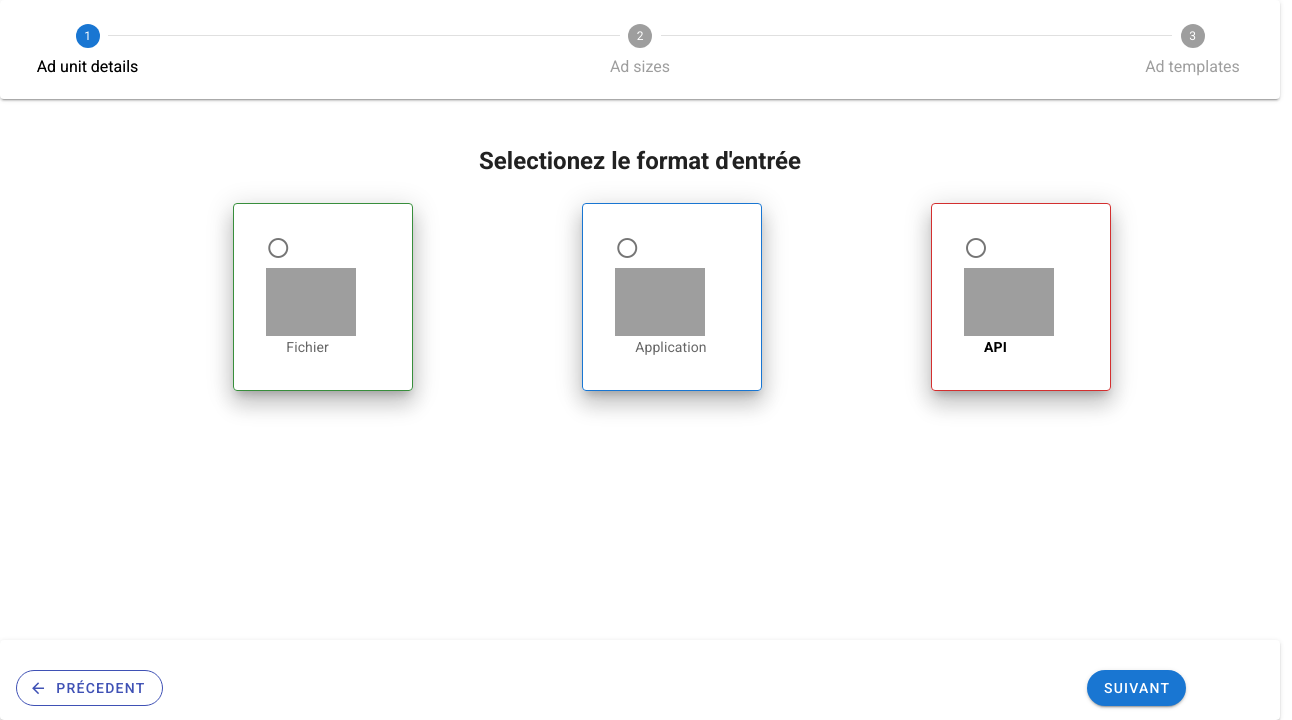
Repository: SidneyHodieb/myc
Page: /addsource/format
The author's editor kept a copy of each file at every save. The page is drawn from the files as they stood at one save, then again after the next save.
The browser window is 1280 px wide. The page is 1292 px wide, so the pictures cover 1292 px, including what lies to the right of the window. The pictures show the whole page.
Pictures or frames that could not be fetched are drawn as grey boxes. The project was rebuilt for these pictures with package versions that can differ from the ones it lists, and the page was loaded fresh each time. Also part of the build but not shown: vue.config.js, src/views/Home.vue, src/views/addSource/components/card.vue, src/views/addSource/components/trigger.vue.

Above is the page before, as saved 2021-04-04 14:06:36.

After the next save:
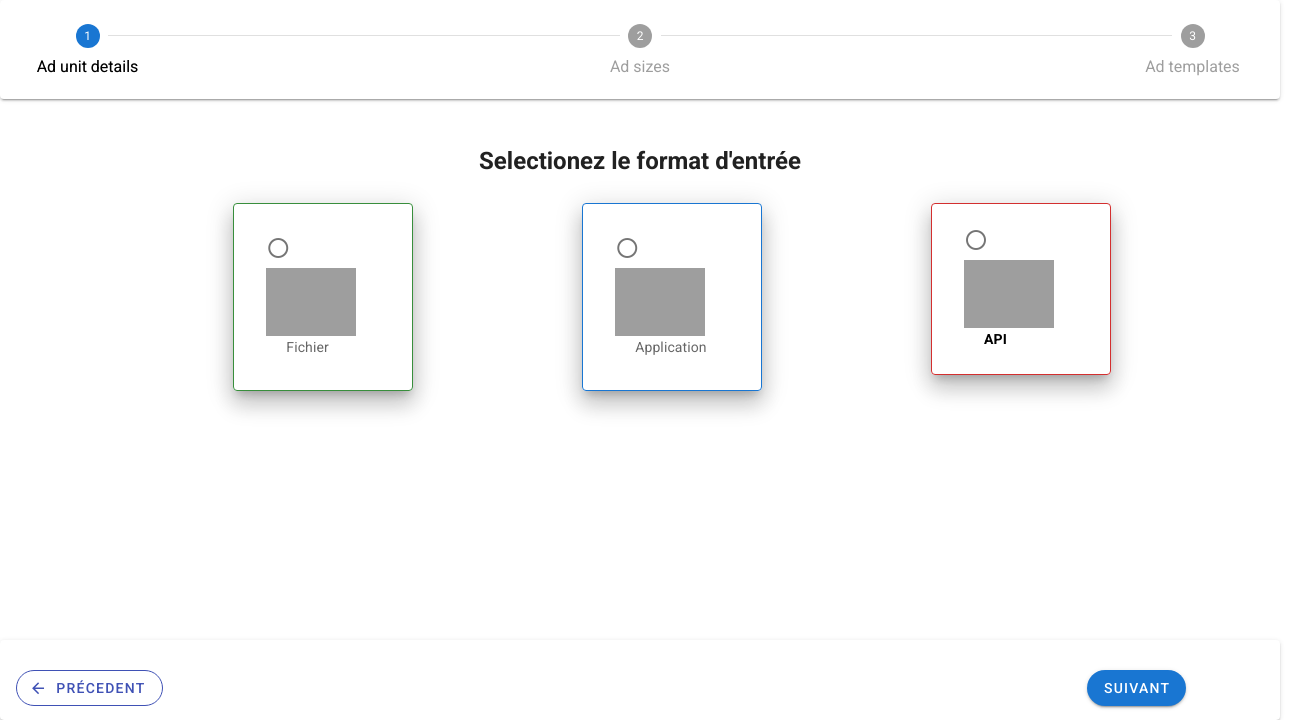
Saved 92 s later.
--- a/src/views/addSource/components/format.vue
+++ b/src/views/addSource/components/format.vue
@@ -44,7 +44,7 @@
       </v-col>
       <v-col>
         <v-card elevation="14" width="180">
-          <v-alert value="false" outlined color="red darken-2">
+          <v-alert dense outlined color="red darken-2">
            <v-card-text>
              <v-radio
                 color="red"

After the save that followed:
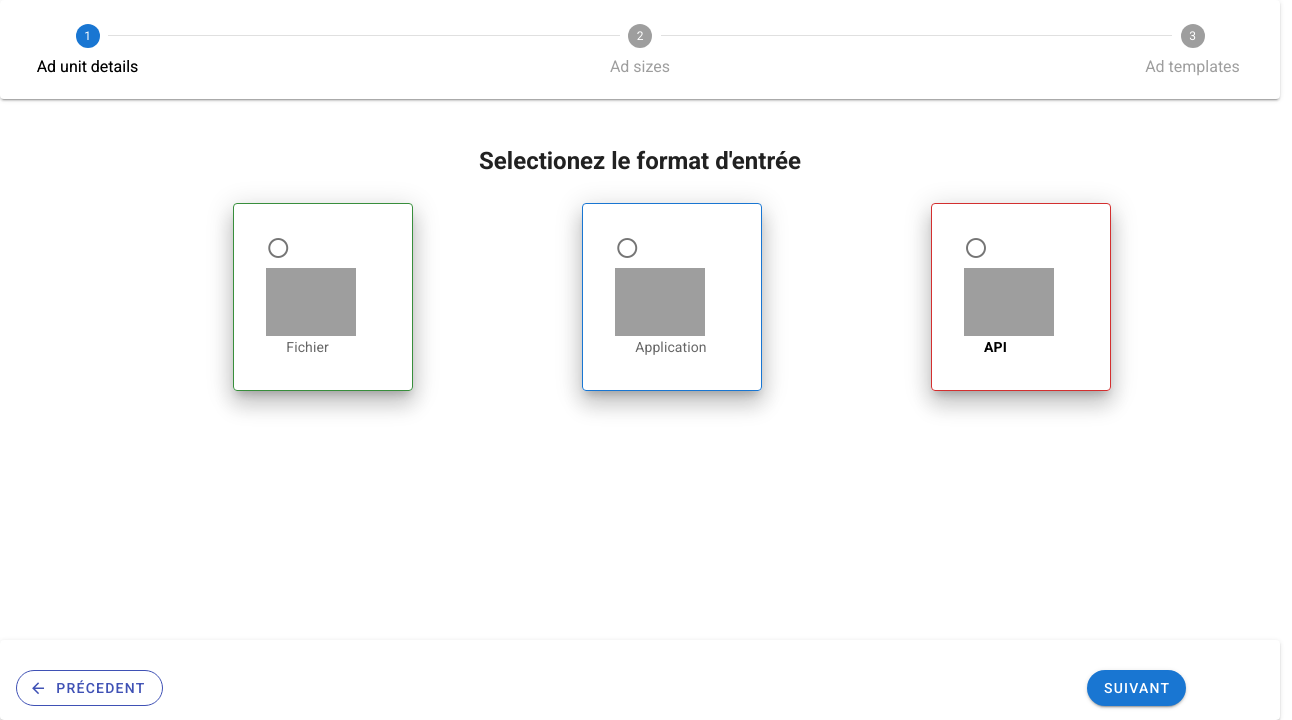
Saved 55 s later.
--- a/src/views/addSource/components/format.vue
+++ b/src/views/addSource/components/format.vue
@@ -44,7 +44,7 @@
       </v-col>
       <v-col>
         <v-card elevation="14" width="180">
-          <v-alert dense outlined color="red darken-2">
+          <v-alert prominent outlined color="red darken-2">
            <v-card-text>
              <v-radio
                 color="red"
